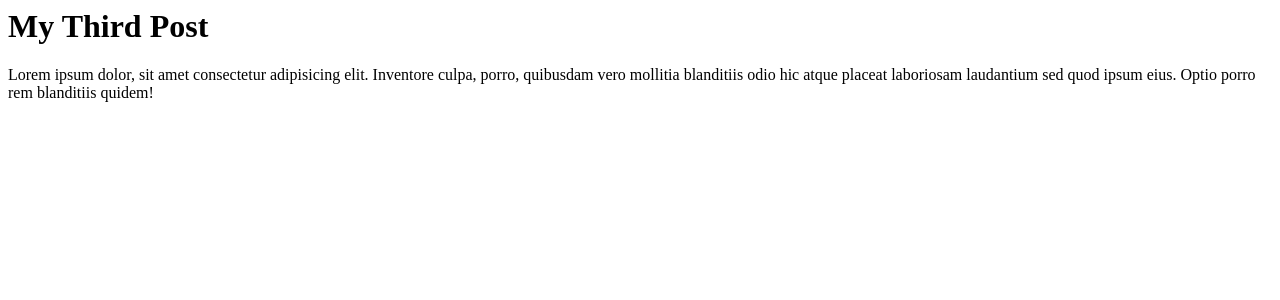
Repository: RaquelAlvarezz/example-app
Page: resources/posts/my-fourth-post.html
These files come from the project's save history. The page is drawn as it stood at one moment and after the next save; the edit follows.
The browser window is 1280 px wide. The pictures show the whole page.

Above is the page before, as saved 2022-02-15 12:33:58.

After the next save:
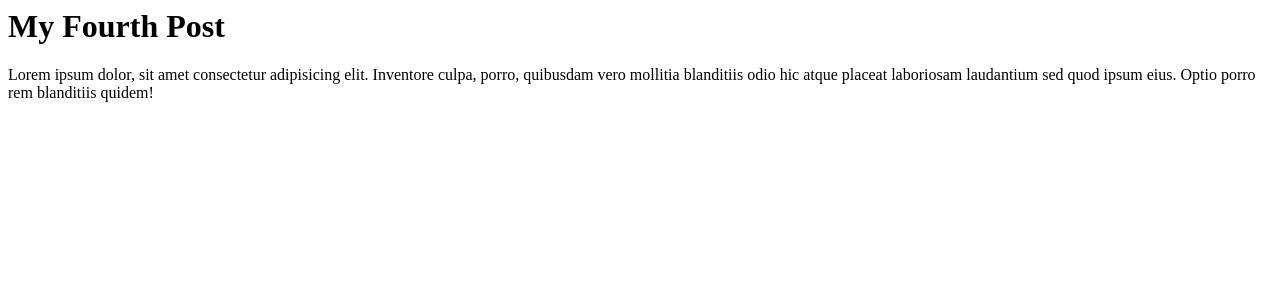
Saved 14 s later.
--- a/resources/posts/my-fourth-post.html
+++ b/resources/posts/my-fourth-post.html
@@ -1,3 +1,3 @@
 
-    <h1>My Third Post</h1>
+    <h1>My Fourth Post</h1>
 <p>Lorem ipsum dolor, sit amet consectetur adipisicing elit. Inventore culpa, porro, quibusdam vero mollitia blanditiis odio hic atque placeat laboriosam laudantium sed quod ipsum eius. Optio porro rem blanditiis quidem!</p>
